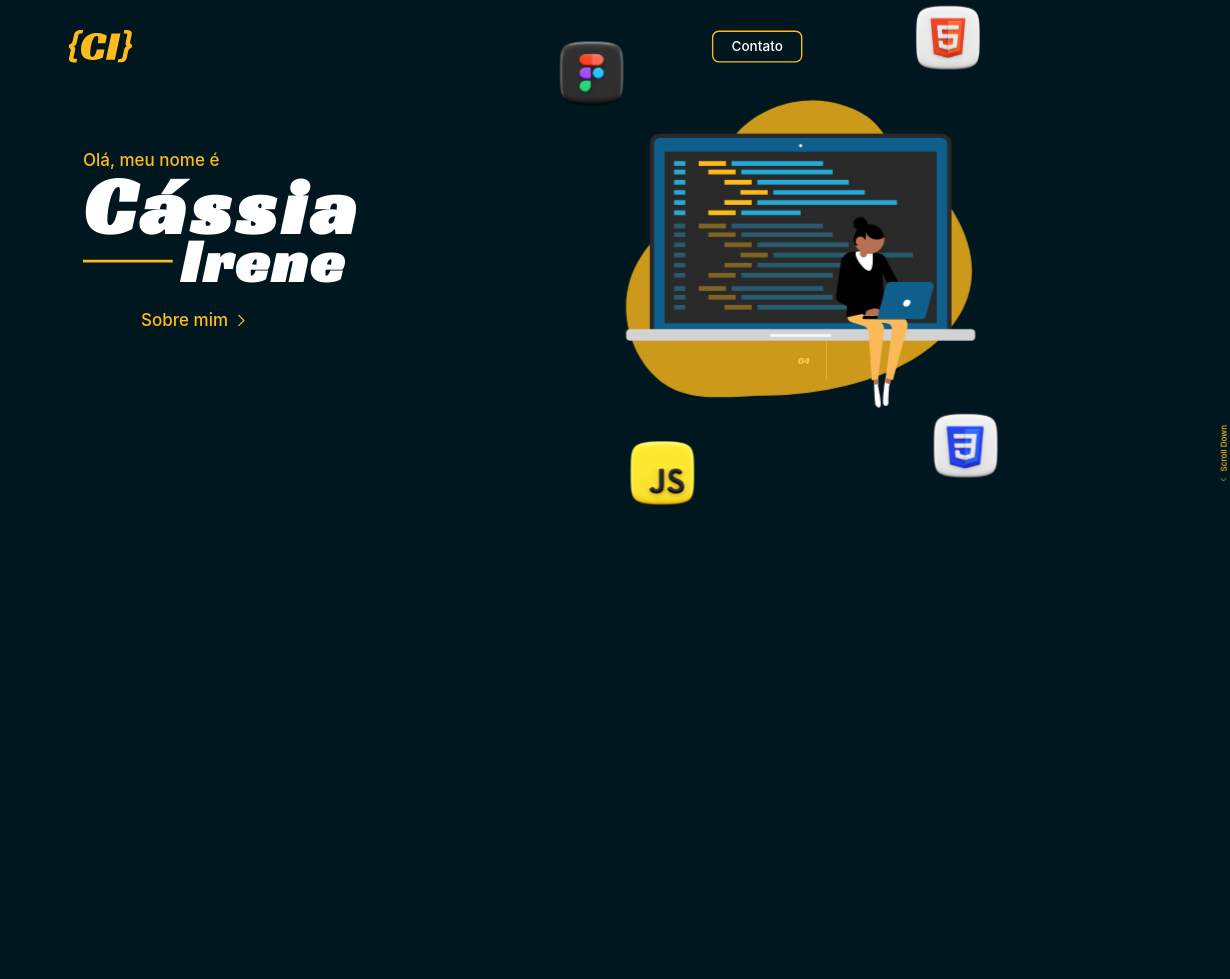
Repository: Cassia-Irene/My-Portfolio
Page: /
The author's editor kept a copy of each file at every save. The page is drawn from the files as they stood at one save, then again after the next save.
The browser window is 1280 px wide. The page is 1809 px wide, so the pictures cover 1809 px, including what lies to the right of the window. The pictures show the whole page, at 68% of full size.
The project was rebuilt for these pictures with package versions that can differ from the ones it lists, and the page was loaded fresh each time. Also part of the build but not shown: vite.config.ts.

Above is the page before, as saved 2025-08-03 22:06:34.

### index.html
<!doctype html>
<html lang="en">
  <head>
    <meta charset="UTF-8" />
    <link rel="icon" type="image/svg+xml" href="./src/assets/logo.svg" />
    <meta name="viewport" content="width=device-width, initial-scale=1.0" />
    <link rel="preconnect" href="https://fonts.googleapis.com">
    <link rel="preconnect" href="https://fonts.gstatic.com" crossorigin>
    <link href="https://fonts.googleapis.com/css2?family=Racing+Sans+One&display=swap" rel="stylesheet">
    <title>Cássia Nascimento</title>
  </head>
  <body>
    <div id="root"></div>
    <script type="module" src="/src/main.tsx"></script>
  </body>
</html>

### src/index.css
* {
  padding: 0;
  margin: 0;
}

body {
  margin: 0;
  display: flex;
  place-items: center;
  min-width: 320px;
  min-height: 100vh;
}

body {
  background-color: #00171F;
}

### src/App.tsx
import React from "react";
import GlobalStyle from './GlobalStyle';
import Header from './Header';
import Hero from './Hero';
import SidebarNavigation from "./SidebarNavigation";
import SobreMim from './SobreMim';

const App: React.FC = () => {

  return (
    <>
    <SidebarNavigation />
      <GlobalStyle />
      <Header />
      <Hero />
      <SobreMim />
    </>
  );
};

export default App;

### src/GlobalStyle.ts
import { createGlobalStyle } from 'styled-components';

const GlobalStyle = createGlobalStyle`
  * {
    box-sizing: border-box;
  }

  body {
    margin: 0;
    padding: 0;
    overflow-x: hidden;
  }
  ::-webkit-scrollbar {
    width: 8px;
  }

`;

export default GlobalStyle;

### src/Header.tsx
import styled from "styled-components";

const HeaderContainer = styled.header`
    width: 100%;
    position: fixed;
    top: 30px;
    display: flex;
    justify-content: space-between;
    align-items: center;
    padding: 0 100px;
}
`;

const Logo = styled.img`
    width: 95px;
    height: 76px;

`;

const ContatoButton = styled.button`
    width: 133px;
    height: 47px;
    border: solid 2px #FFBB1B;
    border-radius: 10px;
    background-color: transparent;
    color: #FFFFFF;
    font-family: 'Inter', sans-serif;
    font-weight: 500;
    font-size: 20px;
    cursor: pointer;
    transition: all 0.3s ease-out;

    &:hover {
        background-color: #FFBB1B;
        font-weight: 500;
    }

`;

const Header = () => {
  return (
    <HeaderContainer>
        <Logo src="/src/assets/logo.svg" alt="Logo" />
      <ContatoButton>Contato</ContatoButton>
    </HeaderContainer>
  );
};

export default Header;

### src/Hero.tsx
import styled from "styled-components";

import centralImg from "./assets/svg_central.svg";
import img1 from "./assets/svg_figma.svg";
import img2 from "./assets/svg_html.svg";
import img3 from "./assets/svg_js.svg";
import img4 from "./assets/svg_css.svg";
import ArrowRight from "./assets/svg_seta_hero_sobre-mim.svg";
import ArrowDown from "./assets/svg_seta-down.svg";

const HeroSection = styled.section`
  height: 100vh;
  display: flex;
  justify-content: space-between;
  align-items: center;
  padding: 0 122px;
  position: relative;
  gap: 107px;
`;

const Left = styled.div`
  display: flex;
  flex-direction: column;
`;

const Intro = styled.p`
  font-family: "Inter", sans-serif;
  font-size: 25px;
  font-weight: 500;
  color: #FFBB1B;
`;

const Name = styled.h1`
  font-size: 120px;
  font-family: "Racing Sans One", sans-serif;
  color: #FFFFFF;
  letter-spacing: 8px;
  position: relative;
  margin-top: -23px;
  rih: 40%;
`;

const IreneWrapper = styled.div`
  display: flex;
  align-items: center;
  gap: 11px;
  margin-top: -51px;
`;

const Rectangle = styled.div`
  width: 132.02px;
  height: 4px;
  background-color: #ffbb1b;
`;

const Irene = styled.h2`
  font-size: 90px;
  font-family: "Racing Sans One", sans-serif;
  color: #FFFFFF;
  letter-spacing: 4px;
`;

const AboutArrowIcon = styled.img`
  transition: transform 0.4s ease-in-out;
`;

const AboutButton = styled.button`
  display: flex;
  position: relative;
  left: 16%;
  align-items: center;
  background: transparent;
  padding: 10px 20px;
  cursor: pointer;
  border: none;
  font-family: "Inter", sans-serif;
  font-size: 25px;
  font-weight: 500;
  color: #ffbb1b;


  &:hover ${AboutArrowIcon} {
    transform: rotate(90deg);
  }
`;

const Right = styled.div`
  position: relative;
  width: 520px;
  height: 400px;
`;

const FloatingImg = styled.img<{ top?: string; left?: string; right?: string; bottom?: string }>`
  position: absolute;
  width: 100px;
  animation: float 4s ease-in-out infinite;
  ${({ top, left, right, bottom }) => `
    top: ${top || "auto"};
    left: ${left || "auto"};
    right: ${right || "auto"};
    bottom: ${bottom || "auto"};
  `}

  @keyframes float {
    0%, 100% {
      transform: translateY(0px);
    }
    50% {
      transform: translateY(-15px);
    }
  }
`;

const CentralImg = styled.img`
  width: 550px;
  height: 535.96px;
  position: absolute;
  top: -10%;
  left: 50%;
  transform: translate(-50%, -50%);
  animation: float 5s ease-in-out infinite;
`;

const ScrollDown = styled.button`
  position: absolute;
  bottom: 85px;
  left: 137%;
  transform: translateX(-50%);
  background: none;
  border: none;
  cursor: pointer;
  display: flex;
  align-items: center;
  gap: 2px;
  font-family: "Inter", sans-serif;
  font-size: 12px;
  font-weight: 500;
  white-space: nowrap;
  color: #ffbb1b;
  rotate: 270deg;

  img {
    width: 20px;
    height: 20px;
    rotate: 90deg;
    }

  &:hover img {
    transform: translateY(5px);
    transition: 0.3s ease;
  }
`;

const Hero = () => {
  const scrollToNext = () => {
    const nextSection = document.getElementById("next");
    if (nextSection) {
      nextSection.scrollIntoView({ behavior: "smooth" });
    }
  };

  return (
    <HeroSection id="section-00">
      {/* Lado Esquerdo */}
      <Left>
        <Intro>Olá, meu nome é</Intro>
        <Name>Cássia</Name>
        <IreneWrapper>
          <Rectangle />
          <Irene>Irene</Irene>
        </IreneWrapper>
        <AboutButton>
          Sobre mim <AboutArrowIcon src={ArrowRight} alt="Seta para a direita" />
        </AboutButton>
      </Left>

      {/* Lado Direito */}
      <Right>
        <CentralImg src={centralImg} alt="Principal" />
        <FloatingImg src={img1} top="-22%" left="35%" />
        <FloatingImg src={img2} top="-35%" right="-55%" />
        <FloatingImg src={img3} bottom="-50%" left="55%" />
        <FloatingImg src={img4} bottom="-40%" right="-60%" />
      </Right>

      {/* Scroll Down */}
      <ScrollDown onClick={scrollToNext}>
        <img src={ArrowDown} alt="Scroll Down" />
        Scroll Down
      </ScrollDown>
    </HeroSection>
  );
};

export default Hero;

### src/SidebarNavigation.tsx
import { useEffect, useRef, useState } from "react";
import styled from "styled-components";

const sections = ["00", "01", "02", "03", "04"];

const SidebarNavigation = () => {
  const [activeIndex, setActiveIndex] = useState(0);
  const [hoverIndex, setHoverIndex] = useState<number | null>(null);
  const barRef = useRef<HTMLDivElement>(null);

  useEffect(() => {
    const observer = new IntersectionObserver(
      (entries) => {
        entries.forEach((entry) => {
          if (entry.isIntersecting) {
            const index = Number(entry.target.id.split("-")[1]);
            setActiveIndex(index);
          }
        });
      },
      { threshold: 0.6 }
    );

    sections.forEach((_, index) => {
      const el = document.getElementById(`section-${index}`);
      if (el) observer.observe(el);
    });

    return () => observer.disconnect();
  }, []);

  useEffect(() => {
    const heightPerItem = 54; // mesma altura dos dots
    const targetIndex = hoverIndex !== null ? hoverIndex : activeIndex;

    if (barRef.current) {
      barRef.current.style.transform = `translateY(${targetIndex * heightPerItem}px)`;
    }
  }, [activeIndex, hoverIndex]);

  const handleClick = (index: number) => {
    const target = document.getElementById(`section-${index}`);
    if (target) {
      target.scrollIntoView({ behavior: "smooth" });
    }
  };

const SidebarContainer = styled.div`
  position: fixed;
  top: 40%;
  left: 93%;
  width: 50px;
  display: flex;
`;


const DotsWrapper = styled.div`
  display: flex;
  height: 270px;
`;

const Line = styled.div`
  width: 0.5px;
  height: 100%;
  background-color: #FFBB1B;
  z-index: 0;
  position: relative;
  left: 25px;
`;

const ActiveBar = styled.div`
  position: absolute;
  width: 2.5px;
  height: 54px;
  background-color: #ffbb1b;
  transition: transform 0.6s ease-in-out;
  z-index: 1;
  left: 23px;
`;

const Dots = styled.div`
  display: flex;
  flex-direction: column;
  gap: 0px;
  z-index: 2;
  position: relative;
  right: 40px;
`;

const Dot = styled.button<{ isActive: boolean }>`
  width: 40px;
  height: 54px;
  background: none;
  border: none;
  color: #FFFFFF;
  font-size: 14px;
  font-family: "Racing Sans One", sans-serif;
  cursor: pointer;
  display: flex;
  align-items: center;
  justify-content: flex-end;

  &:hover {
    color: #ffbb1b;
`;

  return (
    <SidebarContainer>
      <DotsWrapper>
        <Line />
        <ActiveBar ref={barRef} />
        <Dots>
          {sections.map((label, index) => (
            <Dot
              key={index}
              onClick={() => handleClick(index)}
              onMouseEnter={() => setHoverIndex(index)}
              onMouseLeave={() => setHoverIndex(null)}
              isActive={activeIndex === index}
            >
              {label}
            </Dot>
          ))}
        </Dots>
      </DotsWrapper>
    </SidebarContainer>
  );
};

export default SidebarNavigation;

### src/SobreMim.tsx
import styled from "styled-components";

const SobreMim = styled.section`
  height: 100vh;
  display: flex;
  justify-content: space-between;
  align-items: center;
  padding: 0 122px;
  position: relative;
  gap: 107px;
`;
export default SobreMim;

Loaded but not shown: src/main.tsx (common file)

After the next save:
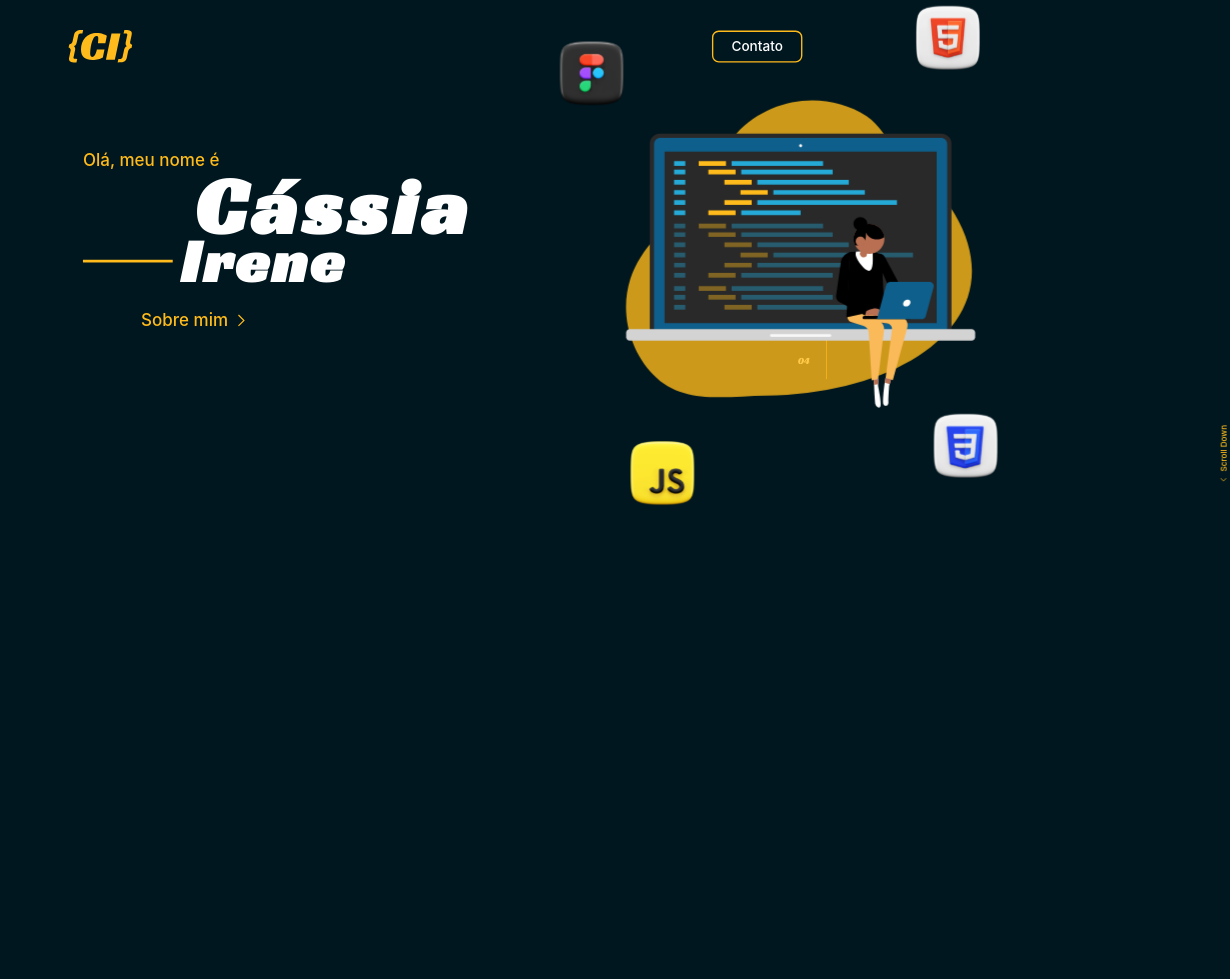
Saved 7 s later.
--- a/src/Hero.tsx
+++ b/src/Hero.tsx
@@ -37,7 +37,7 @@ const Name = styled.h1`
   letter-spacing: 8px;
   position: relative;
   margin-top: -23px;
-  rih: 40%;
+  left: 40%;
 `;
 
 const IreneWrapper = styled.div`
